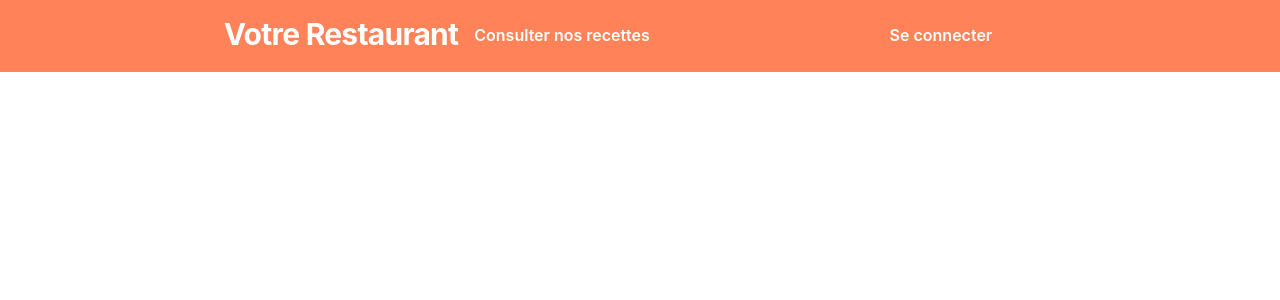
Repository: Ecaron76/tp-restau-next
Page: /
These files come from the project's save history. The page is drawn as it stood at one moment and after the next save; the edit follows.
The browser window is 1280 px wide. The pictures show the whole page.
The project was rebuilt for these pictures with package versions that can differ from the ones it lists, and the page was loaded fresh each time. The framework's server and built-in components were replaced by stand-ins that run in the browser. Also part of the build but not shown: next.config.mjs.

Above is the page before, as saved 2024-02-25 18:08:17.

After the next save:
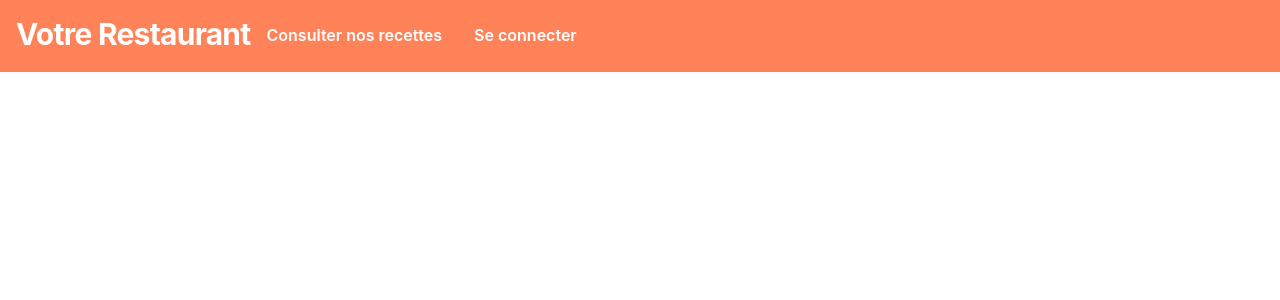
Saved 8 s later.
--- a/src/components/Header/Header.tsx
+++ b/src/components/Header/Header.tsx
@@ -4,7 +4,7 @@ import NextLink from 'next/link'; // Pour gérer la navigation entre les pages
 const Header = () => {
   return (
     <Box bg="brand.300" p={4} color="white">
-      <Flex alignItems="center" maxW="1200px"  justifyContent='space-evenly'>
+      <Flex alignItems="center" maxW="100%"  justifyContent='spac'>
         {/* Logo ou Nom du restaurant */}
         <Box display={'flex'}>
         <Heading as="h1" size="lg" letterSpacing="tight">
